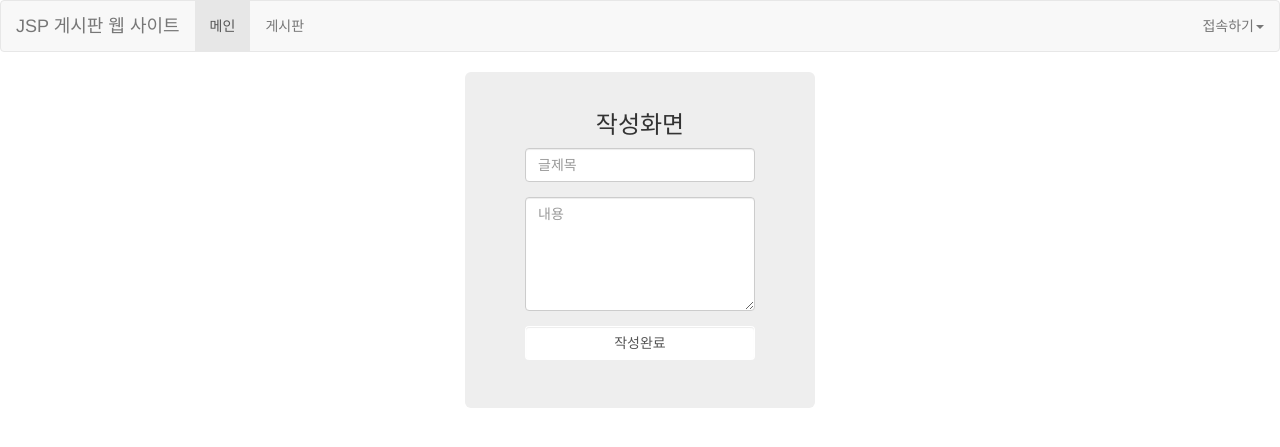
Repository: dirn0568/project
Page: http://localhost/myWeb/write.jsp
The author's editor kept a copy of each file at every save. The page is drawn from the files as they stood at one save, then again after a run of saves.
The browser window is 1280 px wide. The pictures show the whole page.
Some web libraries are served in a nearby version. The page is served by Tomcat 9. Other server files are loaded and not shown.

Above is the page before, as saved 2022-10-07 14:51:24.

### myWeb/src/main/webapp/write.jsp
<%@ page language="java" contentType="text/html; charset=UTF-8"
    pageEncoding="UTF-8"%>
<%@ page import="java.io.PrintWriter" %>
<% request.setCharacterEncoding("UTF-8"); %>
<!DOCTYPE html>
<html>
<head>
<meta charset="UTF-8">
<meta name="viewport" content="width-device-width", initial-scale="1">
<link rel="stylesheet" href="css/bootstrap.css">
<title>JSP 게시판 웹 사이트</title>
</head>
<body>
	<nav class="navbar navbar-default">
		<div class="navbar-header">
			<button type="button" class="navbar-toggle collapsed"
				data-toggle="collapse" data-target="#bs-example-navbar-collapse-1"
				aria-expanded="false">
				<span class="icon-bar"></span>
				<span class="icon-bar"></span>
				<span class="icon-bar"></span>
				</button>
				<a class="navbar-brand" href="main.jsp">JSP 게시판 웹 사이트</a>
		</div>
		<div class="collapse navbar-collapse" id="bs-example-navbar-collapse-1">
			<ul class="nav navbar-nav">
				<li class="active"><a href="main.jsp">메인</a></li>
				<li><a href="board.jsp">게시판</a></li>
			</ul>
			<%
				Object register = session.getAttribute("userID");
				if (register == null) {
			%>
			<ul class="nav navbar-nav navbar-right">
				<li class="dropdown">
					<a href="#" class="dropdown-toggle"
						data-toggle="dropdown" role="button" aria-haspopup="true"
						aria-expanded="false">접속하기<span class="caret"></span></a>
					<ul class="dropdown-menu">
						<li><a href="login.jsp">로그인</a></li>
						<li><a href="join.jsp">회원가입</a></li>
					</ul>
				</li>
			</ul>
			<%
				} else {
			%>
			<ul class="nav navbar-nav navbar-right">
				<li class="dropdown">
					<a href="#" class="dropdown-toggle"
						data-toggle="dropdown" role="button" aria-haspopup="true"
						aria-expanded="false">회원관리<span class="caret"></span></a>
					<ul class="dropdown-menu">
						<li><a href="logoutAction.jsp">로그아웃</a></li>
					</ul>
				</li>
			</ul>
			<%
				}
			%>
		</div>
	</nav>
	<div class="container">
		<div class="col-lg-4"></div>
		<div class="col-lg-4">
			<div class="jumbotron" style="padding-top:20px;">
				<form method="post" action="wirteAction.jsp">
					<h3 style="text-align:center;">작성화면</h3>
					<div class="form-group">
						<input type="text" class="form-control" placeholder="글제목" name="boardtitle" maxlength="20">
					</div>
					<div class="form-group">

						<textarea rows="5" cols="10" class="form-control" placeholder="내용" name="boardcontent"></textarea>
					</div>
					<input type="submit" class="btn btn-trimary form-control" value="작성완료">
				</form>
			</div>
		</div>
		<div class="col-lg-4"></div>
	</div>
	<script src="https://code.jquery.com/jquery-3.1.1.min.js"></script>
	<script src="js/bootstrap.js"></script>
</body>
</html>

Loaded but not shown: myWeb/src/main/webapp/css/bootstrap.css (library); myWeb/src/main/webapp/js/bootstrap.js (library)

After the next 2 saves:
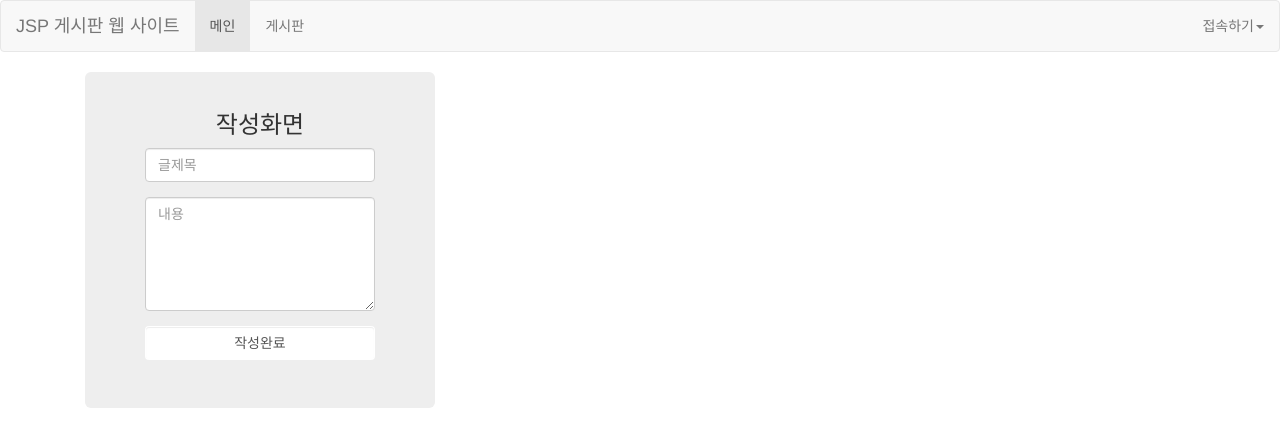
The 2 saves are shown as one change because they came seconds apart.
The last was saved 39 s later.
--- a/myWeb/src/main/webapp/write.jsp
+++ b/myWeb/src/main/webapp/write.jsp
@@ -61,7 +61,6 @@
 		</div>
 	</nav>
 	<div class="container">
-		<div class="col-lg-4"></div>
 		<div class="col-lg-4">
 			<div class="jumbotron" style="padding-top:20px;">
 				<form method="post" action="wirteAction.jsp">
@@ -77,7 +76,6 @@
 				</form>
 			</div>
 		</div>
-		<div class="col-lg-4"></div>
 	</div>
 	<script src="https://code.jquery.com/jquery-3.1.1.min.js"></script>
 	<script src="js/bootstrap.js"></script>

After the save that followed:
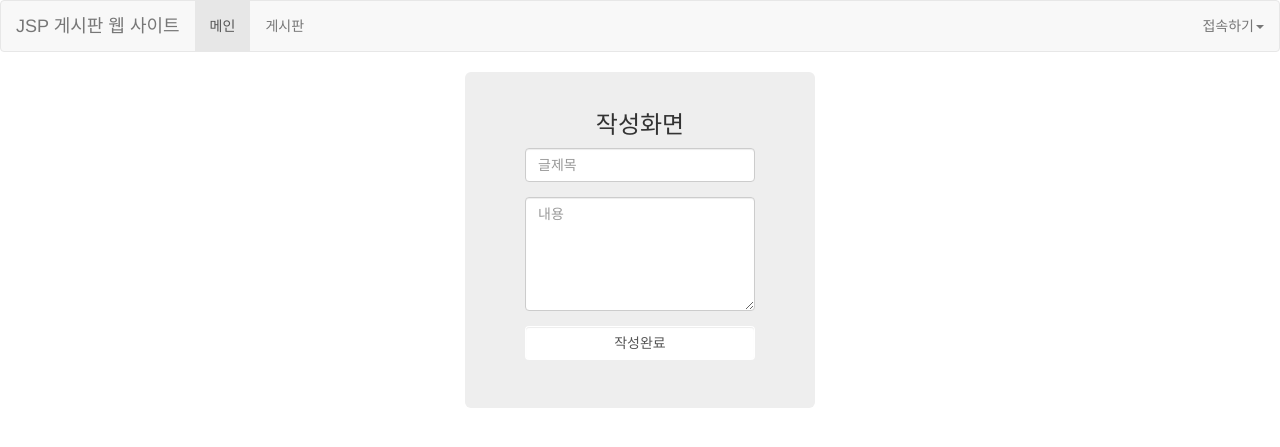
Saved 15 s later.
--- a/myWeb/src/main/webapp/write.jsp
+++ b/myWeb/src/main/webapp/write.jsp
@@ -61,6 +61,7 @@
 		</div>
 	</nav>
 	<div class="container">
+		<div class="col-lg-4"></div>
 		<div class="col-lg-4">
 			<div class="jumbotron" style="padding-top:20px;">
 				<form method="post" action="wirteAction.jsp">
@@ -76,6 +77,7 @@
 				</form>
 			</div>
 		</div>
+		<div class="col-lg-4"></div>
 	</div>
 	<script src="https://code.jquery.com/jquery-3.1.1.min.js"></script>
 	<script src="js/bootstrap.js"></script>
